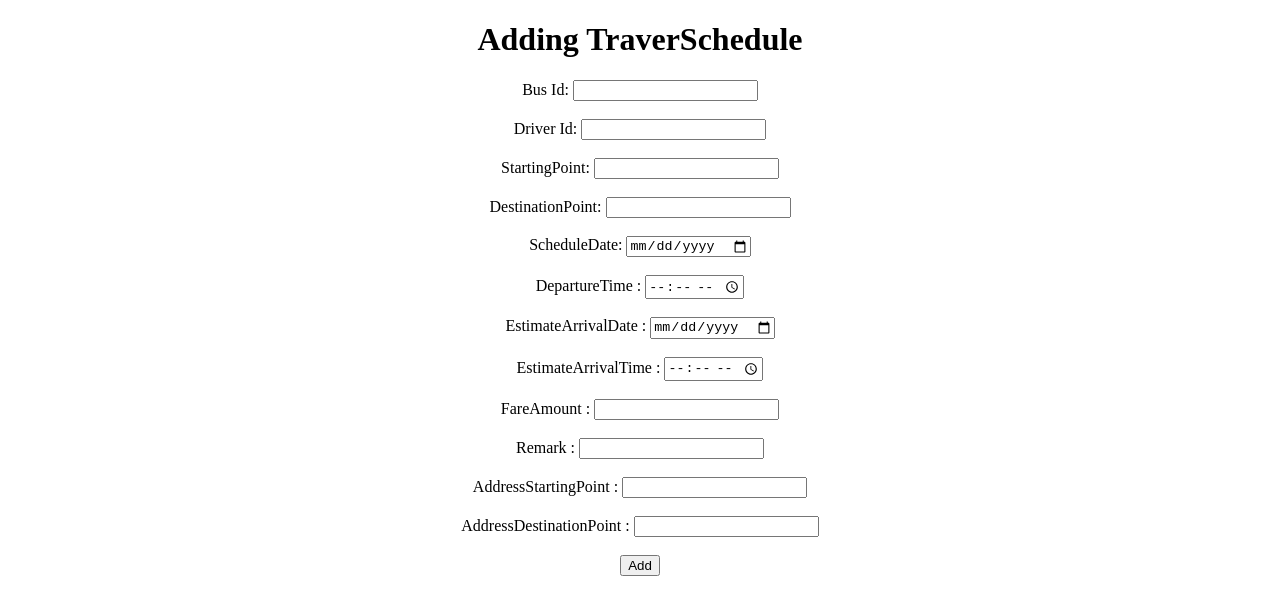
Repository: gummabhargavi/DynWebEjBPoject-AND-server
Page: DynWebEjbBusProject/WebContent/AddTravel.html
These files come from the project's save history. The page is drawn as it stood at one moment and after the next save; the edit follows.
The browser window is 1280 px wide. The pictures show the whole page.

Above is the page before, as saved 2022-12-07 12:37:18.

### DynWebEjbBusProject/WebContent/AddTravel.html
<!DOCTYPE html>
<html>
<head>
<meta charset="ISO-8859-1">
<title>Insert title here</title>
</head>
  <style>
body{



}
table {
     border-collapse: collapse;
}
.heading{
text-align:center;
font-family: cursive;
}
th, td {
  padding: 8px;
  text-align: center;
  border-bottom: 1px solid #ddd;
}



tr:hover {



background-color: #D0EEE1;
}



th {
  background-color: #04AA6D;
  color: white;
}




</style>
<body>
   <form action="AddTravelServlet">
       <center>
        <div class="heading">
          <h1>Adding TraverSchedule</h1>
          </div>
         Bus Id:
           <input type="text" name="bus_id"><br/><br/>
         Driver Id:
           <input type="text" name="driver_id"><br/><br/>
         StartingPoint:
           <input type="text" name="starting_point"><br/><br/>
         DestinationPoint:
           <input type="text" name="destination_point"><br/><br/>
         ScheduleDate:
           <input type="date" name="schedule_date"><br/><br/>
         DepartureTime :
           <input type="time" name="departure_time"><br/><br/>
         EstimateArrivalDate :
           <input type="date" name="estimate_arrival_date"><br/><br/>
         EstimateArrivalTime :
            <input type="time" name="estimate_arrival_time"><br/><br/>
         FareAmount :
            <input type="text" name="fare_amount"><br/><br/>
         Remark :
             <input type="text" name="remark"><br/><br/>
         AddressStartingPoint :
             <input type="text" name="address_starting_point"><br/><br/>
         AddressDestinationPoint :
             <input type="text" name="address_destination_point"><br/><br/>
        <input type="submit" value="Add">
        </center>
      </form>

</body>
</html>

After the next save:
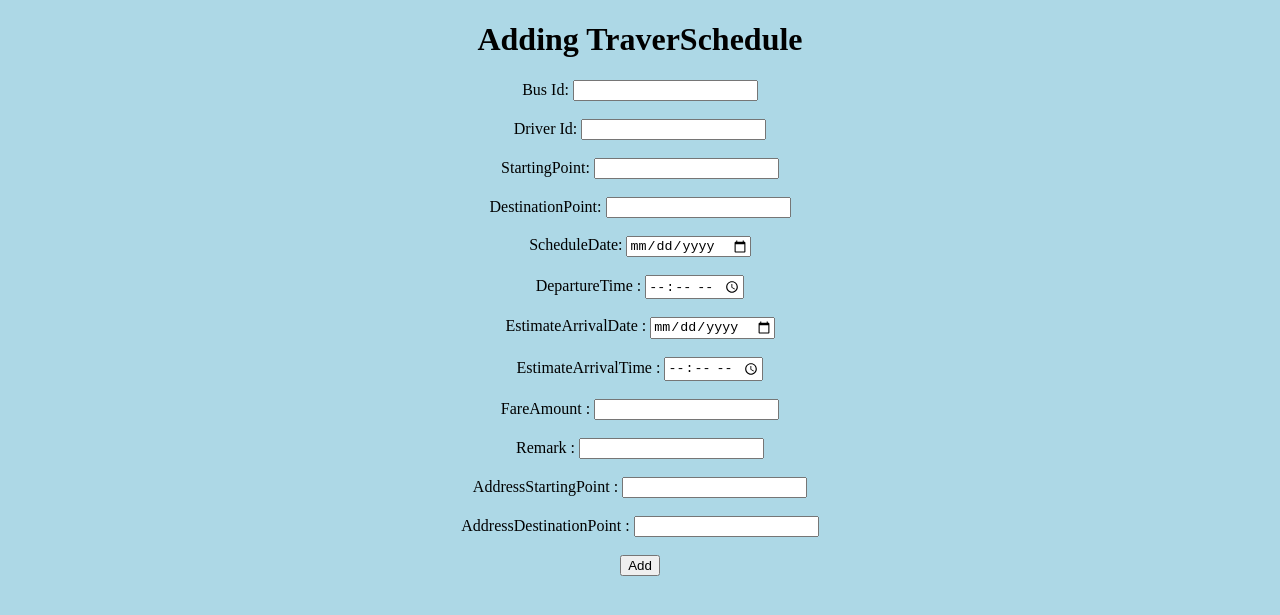
Saved 3 min 19 s later.
--- a/DynWebEjbBusProject/WebContent/AddTravel.html
+++ b/DynWebEjbBusProject/WebContent/AddTravel.html
@@ -6,9 +6,7 @@
 </head>
   <style>
 body{
-
-
-
+background-color: lightblue;
 }
 table {
      border-collapse: collapse;
@@ -23,12 +21,7 @@ th, td {
   border-bottom: 1px solid #ddd;
 }
 
-
-
 tr:hover {
-
-
-
 background-color: #D0EEE1;
 }
 
